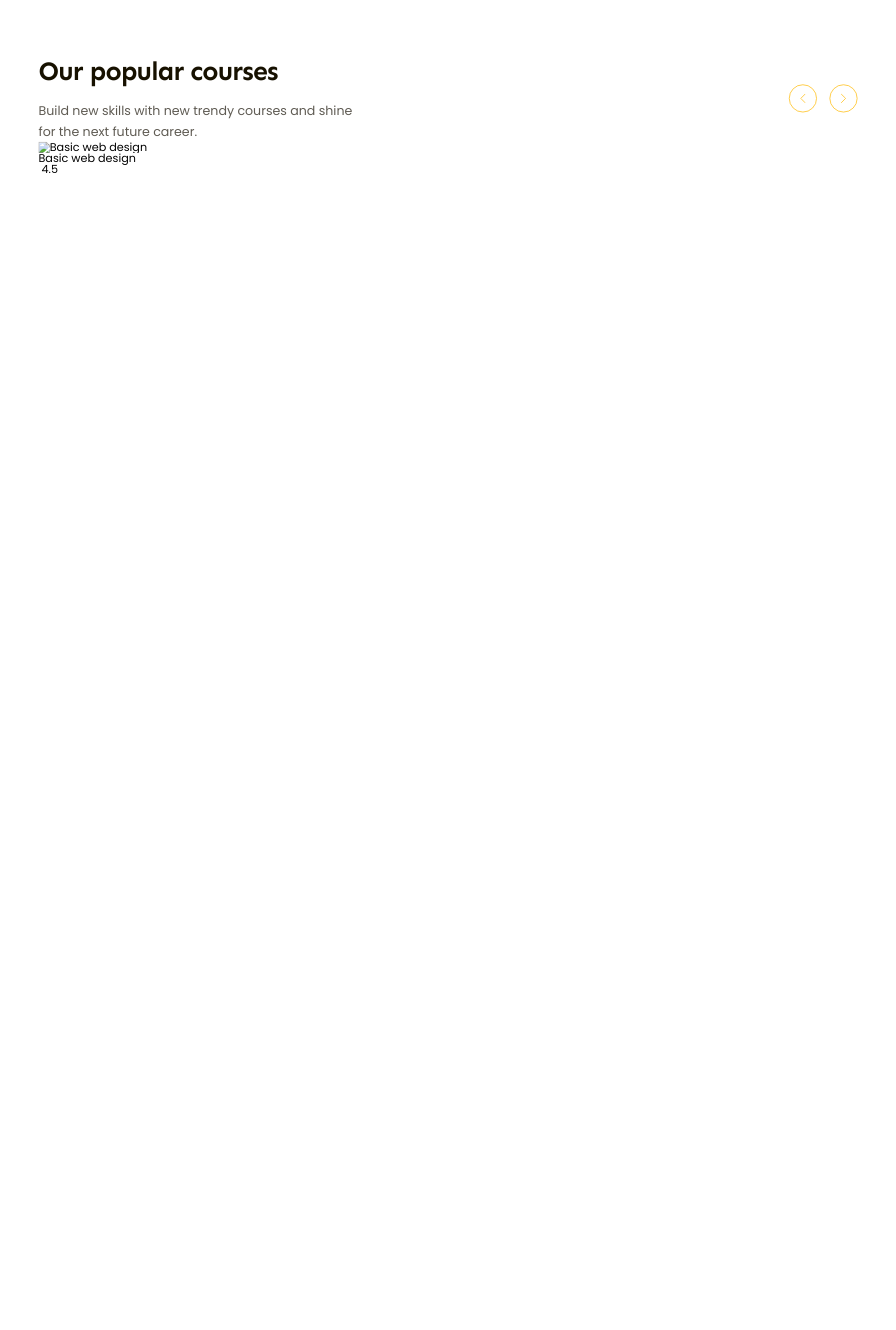
Repository: Tibi2003/f8-htmlcss-02
Page: index.html
An editor plug-in stored every save of this project. The page is shown before and after the next save, followed by the edit.
The browser window is 1280 px wide. The pictures show the part of the page from y = 1022 to 2922 px (the page is 5000 px tall), at 70% of full size.
A picture or video elsewhere on the page could not be fetched, so the positions and the page height are approximate.

Above is the page before, as saved 2024-03-07 15:07:31.

### index.html
<!DOCTYPE html>
<html lang="en">
	<head>
		<meta charset="UTF-8" />
		<meta name="viewport" content="width=device-width, initial-scale=1.0" />
		<title>F8 Project 02</title>
		<!-- Reset CSS -->
		<link rel="stylesheet" href="./assets/css/reset.css" />
		<!-- Embed fonts -->
		<link rel="preconnect" href="https://fonts.googleapis.com" />
		<link rel="preconnect" href="https://fonts.gstatic.com" crossorigin />
		<link
			href="https://fonts.googleapis.com/css2?family=Poppins:ital,wght@0,100;0,200;0,300;0,400;0,500;0,600;0,700;0,800;0,900;1,100;1,200;1,300;1,400;1,500;1,600;1,700;1,800;1,900&family=Sen:wght@400..800&display=swap"
			rel="stylesheet" />
		<!-- Styles -->
		<link rel="stylesheet" href="./assets/css/styles.css" />
	</head>
	<body>
		<main style="height: 5000px">
			<!-- Header -->
			<header class="header fixed">
				<div class="main-content">
					<div class="body">
						<!-- Logo -->
						<img
							src="./assets/img/logo.svg"
							alt="Lesson."
							class="logo" />

						<!-- Nav -->
						<nav class="nav">
							<ul>
								<li class="active">
									<a href="#!">Home</a>
								</li>
								<li>
									<a href="#!">Courses</a>
								</li>
								<li>
									<a href="#!">Pricing</a>
								</li>
								<li>
									<a href="#!">Reviews</a>
								</li>
							</ul>
						</nav>

						<!-- Action -->
						<div class="action">
							<a href="#!" class="btn sign-up-btn">Sign Up</a>
						</div>
					</div>
				</div>
			</header>

			<!-- Hero -->
			<div class="hero">
				<div class="main-content">
					<div class="body">
						<!-- Hero left -->
						<div class="media-block">
							<img
								src="./assets/img/hero-img.jpg"
								alt="Learn without limits and spread knowledge."
								class="img" />

							<div class="hero-summary">
								<div class="item">
									<div class="icon">
										<img
											src="./assets/icons/list.svg"
											alt="" />
									</div>
									<div class="info">
										<p class="label">20 Courses</p>
										<p class="title">UI/UX Design</p>
									</div>
								</div>
								<div class="item">
									<div class="icon">
										<img
											src="./assets/icons/code.svg"
											alt="" />
									</div>
									<div class="info">
										<p class="label">20 Courses</p>
										<p class="title">Development</p>
									</div>
								</div>
								<div class="item">
									<div class="icon">
										<img
											src="./assets/icons/speaker.svg"
											alt="" />
									</div>
									<div class="info">
										<p class="label">30 Courses</p>
										<p class="title">Marketing</p>
									</div>
								</div>
							</div>
						</div>

						<!-- Hero right -->
						<div class="content-block">
							<h1 class="heading lv1">
								Learn without limits and spread knowledge.
							</h1>
							<p class="desc">
								Build new skills for that “this is my year”
								feeling with courses, certificates, and degrees
								from world-class universities and companies.
							</p>
							<div class="cta-group">
								<a href="#!" class="btn hero-cta"
									>See Courses</a
								>
								<button class="watch-video">
									<div class="icon">
										<img
											src="./assets/icons/play.svg"
											alt="" />
									</div>
									<span>Watch Video</span>
								</button>
							</div>
							<p class="desc">Recent engagement</p>
							<p class="desc stats">
								<strong>50K</strong> Students
								<strong>70+</strong> Courses
							</p>
						</div>
					</div>
				</div>
			</div>

			<!-- Popular -->
			<div class="popular">
				<div class="main-content">
					<div class="popular-top">
						<div class="info">
							<h2 class="heading lv2">Our popular courses</h2>
							<p class="desc">
								Build new skills with new trendy courses and
								shine for the next future career.
							</p>
						</div>
						<div class="controls">
							<button class="control-btn">
								<svg
									width="8"
									height="14"
									viewBox="0 0 8 14"
									fill="none"
									xmlns="http://www.w3.org/2000/svg">
									<path
										d="M7 1L1 7L7 13"
										stroke="currentColor"
										stroke-linecap="round"
										stroke-linejoin="round" />
								</svg>
							</button>
							<button class="control-btn">
								<svg
									width="8"
									height="14"
									viewBox="0 0 8 14"
									fill="none"
									xmlns="http://www.w3.org/2000/svg">
									<path
										d="M1 1L7 7L1 13"
										stroke="currentColor"
										stroke-linecap="round"
										stroke-linejoin="round" />
								</svg>
							</button>
						</div>
					</div>

					<div class="course-list">
						<div class="course-item">
							<img src="" alt="Basic web design" class="thumb" />
							<div class="info">
								<div class="head">
									<h3 class="title">Basic web design</h3>
									<div class="rating">
										<img src="" alt="" class="star" />
										<span class="value">4.5</span>
									</div>
								</div>
							</div>
						</div>
					</div>
				</div>
			</div>
		</main>
	</body>
</html>

### assets/css/styles.css
* {
	box-sizing: border-box;
}

:root {
	--font-heading: Sen, sans-serif;
	--primary-color: #ffb900;
}

html {
	font-size: 62.5%;
}

body {
	font-size: 1.6rem;
	font-family: "Poppins", sans-serif;
}

/* Common */
.main-content {
	width: 1170px;
	max-width: calc(100% - 48px);
	margin-left: auto;
	margin-right: auto;
}

a {
	text-decoration: none;
}

.btn {
	display: inline-block;
	min-width: 118px;
	padding: 0 16px;
	line-height: 50px;
	color: #fff;
	text-align: center;
	font-size: 1.6rem;
	font-weight: 600;
	border-radius: 999px;
	background: #171100;
}

.btn:hover {
	opacity: 0.9;
}

.heading {
	color: #171100;
	font-family: var(--font-heading);
	font-weight: 700;
	letter-spacing: -1.16px;
}

.heading.lv1 {
	font-size: 5.8rem;
	line-height: 1.17;
}

.heading.lv2 {
	font-size: 3.8rem;
	line-height: 1.26;
}

/* Header */
.header {
	background: #fffcf4;
}

.header.fixed {
	position: sticky;
	top: -28px;
	z-index: 1;
}

.header .body {
	display: flex;
	align-items: center;
	padding: 36px 0 8px;
}

.nav {
	margin-left: auto;
}

.nav ul {
	display: flex;
}

.nav a {
	position: relative;
	padding: 8px 21px;
	color: #5f5b53;
	font-size: 1.6rem;
}

.nav a:hover,
.nav li.active a {
	/* font-weight: 600; */
	text-shadow: 1px 0 0 currentColor;
	color: #171100;
}

.nav li.active a::after {
	position: absolute;
	left: 21px;
	bottom: 6px;
	content: "";
	display: block;
	width: 12px;
	height: 2px;
	border-radius: 1px;
	background: #171100;
}

.header .sign-up-btn {
	min-width: 144px;
}

.header .action {
	margin-left: 49px;
}

/* Hero */
.hero {
	padding: 56px 0 65px;
	background: #fffcf4;
}

.hero .body {
	display: flex;
}

/* Hero left */
.hero .media-block {
	position: relative;
	width: 48%;
}

.hero .media-block .img {
	width: 470px;
	height: 685px;
	object-fit: cover;
	border-radius: 20px;
	vertical-align: bottom;
}

.hero-summary {
	position: absolute;
	right: 0;
	bottom: 48px;
	width: 270px;
	padding: 24px;
	border-radius: 12px;
	background: #fff;
	box-shadow: 0px 16px 32px 0px rgba(0, 0, 0, 0.05);
}

.hero-summary .item {
	display: flex;
	align-items: center;
}

.hero-summary .item + .item {
	margin-top: 22px;
}

.hero-summary .item:nth-child(2) .icon {
	background: #fcefff;
}

.hero-summary .item:nth-child(3) .icon {
	background: #ebeaff;
}

.hero-summary .icon {
	width: 48px;
	height: 48px;
	border-radius: 50%;
	display: flex;
	align-items: center;
	justify-content: center;
	background: #fff9e8;
}

.hero-summary .info {
	margin-left: 16px;
}

.hero-summary .label {
	color: #5f5b53;
	font-size: 1.4rem;
	line-height: 1.86;
}

.hero-summary .title {
	color: #171100;
	font-size: 1.8rem;
	font-weight: 600;
	line-height: 1.67;
}

/* Hero right */
.hero .content-block {
	width: 52%;
	padding: 64px 0 0 130px;
}

.hero .desc {
	margin-top: 22px;
	color: #5f5b53;
	font-size: 1.8rem;
	line-height: 1.67;
}

.hero .cta-group {
	display: flex;
	align-items: center;
	margin: 38px 0 48px;
}

.hero-cta {
	min-width: 180px;
	line-height: 64px;
	background-color: var(--primary-color);
}

.hero .watch-video {
	display: flex;
	align-items: center;
	margin-left: 28px;
	border: none;
	background: transparent;
	cursor: pointer;
}

.hero .watch-video .icon {
	display: flex;
	align-items: center;
	justify-content: center;
	width: 40px;
	height: 40px;
	border-radius: 50%;
	background: #ffffff;
	box-shadow: 0px 8px 16px rgba(0, 0, 0, 0.07);
}

.hero .watch-video span {
	margin-left: 14px;
	color: #171100;
	font-size: 1.8rem;
	font-weight: 600;
	line-height: 1.67;
}

.hero .stats {
	margin: 8px 0 0 -28px;
}

.hero .stats strong {
	padding: 0 8px 0 28px;
	color: #171100;
	font-family: var(--font-heading);
	font-size: 4.4rem;
	font-weight: 700;
	line-height: 1.23;
}

/* Popular */
.popular {
	padding: 65px 0;
	margin-top: 135px;
}

.popular-top {
	display: flex;
	align-items: center;
	justify-content: space-between;
}

.popular-top .desc {
	margin-top: 16px;
	width: 458px;
	color: #5f5b53;
	font-size: 1.8rem;
	line-height: 1.67;
}

.popular-top .controls {
	display: flex;
	gap: 18px;
}

.popular-top .control-btn {
	display: flex;
	align-items: center;
	justify-content: center;
	width: 40px;
	height: 40px;
	border-radius: 50%;
	color: var(--primary-color);
	border: 1px solid var(--primary-color);
	background: transparent;
}

.popular-top .control-btn:hover {
	color: #fff;
	background: var(--primary-color);
	cursor: pointer;
}

Loaded but not shown: assets/css/reset.css (common file)

After the next save:
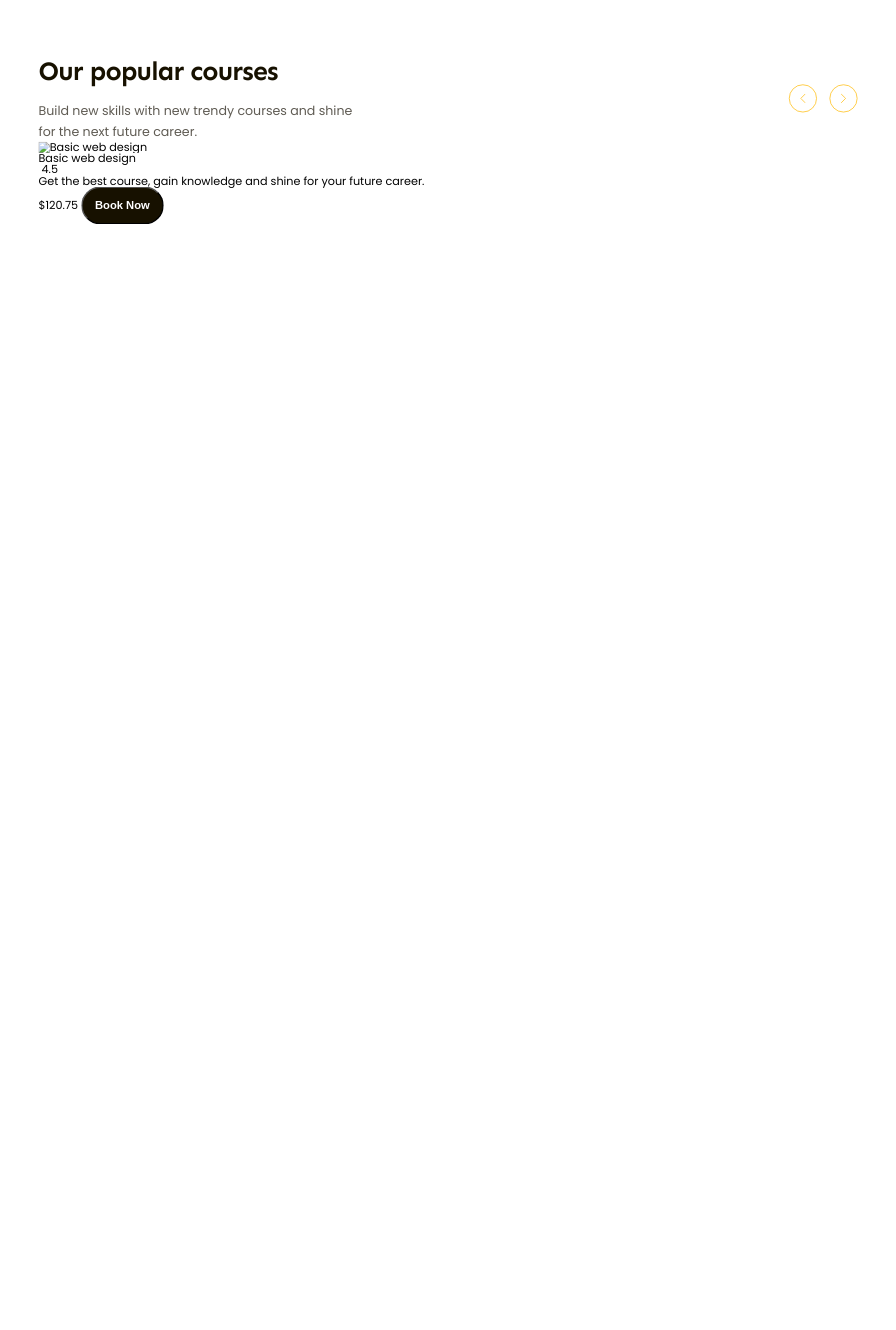
Saved 92 s later.
--- a/index.html
+++ b/index.html
@@ -188,6 +188,14 @@
 										<span class="value">4.5</span>
 									</div>
 								</div>
+								<p class="desc">
+									Get the best course, gain knowledge and
+									shine for your future career.
+								</p>
+								<div class="foot">
+									<span class="price">$120.75</span>
+									<button class="btn">Book Now</button>
+								</div>
 							</div>
 						</div>
 					</div>
